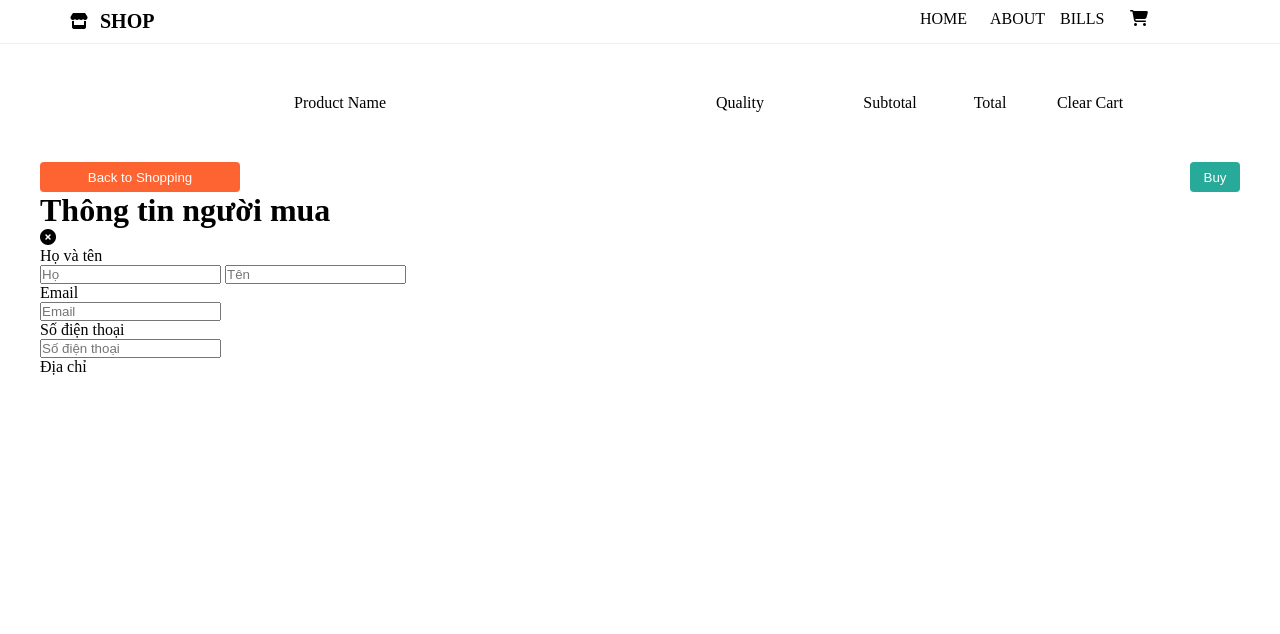
Repository: nguyenhaidang212/danh-sach-ban-hang
Page: index.html
The author's editor kept a copy of each file at every save. The page is drawn from the files as they stood at one save, then again after the next save.
The browser window is 1280 px wide. The pictures show the whole page.
Some web libraries are served in a nearby version.

Above is the page before, as saved 2023-02-10 14:34:59.

### index.html
<!DOCTYPE html>
<html lang="en">
  <head>
    <meta charset="UTF-8" />
    <meta http-equiv="X-UA-Compatible" content="IE=edge" />
    <meta name="viewport" content="width=device-width, initial-scale=1.0" />
    <title>Danh sach ban hang</title>
    <link rel="stylesheet" href="style.css" />
    <script
      src="https://kit.fontawesome.com/2568d54abe.js"
      crossorigin="anonymous"
    ></script>
  </head>
  <body>
    <header>
      <div class="header-title">
        <i class="fas fa-store header-icon-title"></i>
        <h2>SHOP</h2>
      </div>
      <div class="header-menu">
        <div class="header-menu-home">
          <a href="">HOME</a>
        </div>
        <div class="header-menu-about">
          <a href="">ABOUT</a>
        </div>
        <div class="header-menu-bill">
          <a href="">BILLS</a>
        </div>
        <i class="fas fa-shopping-cart buy_display"></i>
      </div>
    </header>

    <!-- Trang giao dien -->
    <main class="main_menu" style="display: none">
      <div class="list"></div>
    </main>
    <!-- Trang danh sach -->
    <main class="main_buy">
      <div class="title">
        <span>Product Name</span><span>Quality</span><span>Subtotal</span
        ><span>Total</span><span>Clear Cart</span>
      </div>
      <div class="buy">
        <button id="back">Back to Shopping</button>
        <button id="buy">Buy</button>
      </div>

      <!-- Trang thanh toan -->
      <div class="buy_form">
        <div class="form_title">
          <h1>Thông tin người mua</h1>
          <i class="fa-solid fa-circle-xmark"></i>
        </div>
        <div class="form_content">
          <div class="form_grid">
            <div id="name">Họ và tên</div>
            <input type="text" placeholder="Họ" />
            <input type="text" placeholder="Tên" />
            <div id="email">Email</div>
            <input type="text" placeholder="Email" />
            <div id="phone">Số điện thoại</div>
            <input type="text" placeholder="Số điện thoại" />
            <div id="address">Địa chỉ</div>
          </div>
        </div>
      </div>
    </main>
    <script src="main.js"></script>
  </body>
</html>
<!-- <div class="list_buy">
  <div class="buy-name">${e.name}</div>
  <div class="buy-quality">
    <i class="fa-solid fa-minus plus-icon"></i>
    ${e.quality}
    <i class="fa-solid fa-plus minus-icon"></i>
  </div>
  <div class="buy-price">${e.gia}</div>
  <div class="buy-sum">${e.id}</div>
  <div><i class="fa-solid fa-circle-xmark buy-del"></i></div>
</div> -->

### style.css
* {
  padding: 0;
  margin: 0;
  box-sizing: border-box;
}
.form {
  display: inline-grid;
  grid-template-columns: 150px 150px 150px 150px;
  column-gap: 20px;
  row-gap: 20px;
  text-align: center;
  margin-bottom: 20px;
}
header {
  display: flex;
  border-bottom: 1px solid #eee;
  width: 100%;
  padding: 10px 100px 10px;
  justify-content: space-between;
}
.header-title {
  display: flex;
}
h2 {
  font-size: 20px;
}
.header-icon-title {
  position: absolute;
  left: 70px;
  top: 13px;
}
.header-menu {
  display: grid;
  grid-template-columns: 50px 50px 50px 50px;
  column-gap: 20px;
}
a {
  text-decoration: none;
  color: black;
}
main {
  width: 1200px;
  margin: 50px auto;
}
.list {
  display: grid;
  margin: 0 225px;
  grid-template-columns: 180px 180px 180px 180px;
  column-gap: 10px;
  row-gap: 20px;
  text-align: center;
}
.item {
  border: 2px solid #eee;
  position: relative;
}
.item-imgs {
  width: 100%;
  height: 180px;
  display: flex;
  justify-content: center;
  align-items: center;
  margin-bottom: 8px;
  overflow: hidden;
}
.item-img {
  text-align: center;
  width: 100%;
}
.item-title {
  font-size: 20px;
  font-weight: 600;
}
.item-info {
  display: flex;
  justify-content: space-between;
  margin: 5px;
  padding: 0 10px;
  font-size: 12px;
}
.item-icon {
  position: absolute;
  border-radius: 50%;
  width: 30px;
  height: 30px;
  line-height: 30px;
  bottom: 36px;
  right: -4px;
}
.item-add {
  color: #fe6332;
  cursor: pointer;
}
.buy_display {
  cursor: pointer;
}
#back {
  background-color: #fe6332;
  color: white;
  border-radius: 4px;
  width: 200px;
  height: 30px;
  border: none;
  cursor: pointer;
}
#buy {
  background-color: #27aa99;
  color: white;
  border-radius: 4px;
  width: 50px;
  height: 30px;
  border: none;
  cursor: pointer;
}
.title {
  display: grid;
  grid-template-columns: 600px 200px 100px 100px 100px;
  text-align: center;
  margin-bottom: 20px;
}
.list_buy {
  display: flex;
  text-align: center;
  margin-bottom: 12px;
  max-height: 400px;
}
.buy-name {
  width: 600px;
}
.buy-quality {
  width: 200px;
}
.buy-price,
.buy-del,
.buy-sum {
  width: 100px;
}
.buy {
  margin: auto;
  display: flex;
  justify-content: space-between;
  margin-top: 50px;
}
.buy-del {
  color: red;
  cursor: pointer;
}
.plus-icon,
.minus-icon {
  margin: 0 24px;
  cursor: pointer;
  border: 1px solid #eee;
  padding: 4px;
  border-radius: 50%;
}
.plus-icon:hover {
  background-color: #fe6332;
}
.minus-icon:hover {
  background-color: #27aa99;
}

### main.js
const listData = [
  {
    id: 1,
    name: "Quần áo nam",
    so_luong: 100,
    gia: 100,
    src: "https://znews-photo.zadn.vn/w660/Uploaded/ycgmvjvj/2018_03_31/1.jpg",
    quality: 1,
  },
  {
    id: 2,
    name: "Điện thoại",
    so_luong: 200,
    gia: 500,
    src: "https://cdn2.cellphones.com.vn/358x358,webp,q100/media/catalog/product/t/_/t_m_12.png",
    quality: 1,
  },
  {
    id: 3,
    name: "Macbook",
    so_luong: 300,
    gia: 1000,
    src: "https://cdn.tgdd.vn/Products/Images/44/231244/macbook-air-m1-2020-gold-600x600.jpg",
    quality: 1,
  },
  {
    id: 4,
    name: "Máy ảnh",
    so_luong: 400,
    gia: 1200,
    src: "https://www.nguyenkim.com/images/detailed/644/10036326-may-anh-canon-eos-3000d-kit-ef-s-18-55mm-den-1.jpg",
    quality: 1,
  },
  {
    id: 5,
    name: "Đồng hồ",
    so_luong: 500,
    gia: 1400,
    src: "https://cdn1.viettelstore.vn/images/Product/ProductImage/medium/Apple_Watch_SE-Cell-44mm-star1.jpg",
    quality: 1,
  },
  {
    id: 6,
    name: "Giày nam",
    so_luong: 600,
    gia: 1500,
    src: "https://cdn.elly.vn/uploads/2019/08/13121739/giay-nam-cao-cap-da-that-ELLY-EGTM2-5.jpg",
    quality: 1,
  },
  {
    id: 7,
    name: "Tủ lạnh",
    so_luong: 700,
    gia: 1600,
    src: "https://cdn.tgdd.vn/Products/Images/1943/284851/tu-lanh-aqua-inverter-456-lit-aqr-m525xa-fb-600x600.jpg",
    quality: 1,
  },
  {
    id: 8,
    name: "Điều hòa",
    so_luong: 800,
    gia: 1700,
    src: "https://hangdienmaygiare.com/images/products/2020/02/22/large/dieu-hoa-1-chieu-panasonic-n9wkh-8m_1582358300.jpg",
    quality: 1,
  },
  {
    id: 9,
    name: "Máy giặt",
    so_luong: 1000,
    gia: 2000,
    src: "https://hangdienmaygiare.com/images/products/2019/09/03/large/may-giat-electrolux-ewf1042bdwa-10-kg-inverter.jpg",
    quality: 1,
  },
  {
    id: 10,
    name: "Váy đầm nữ",
    so_luong: 2000,
    gia: 300,
    src: "https://luzy.vn/wp-content/uploads/2020/05/LZD10951-18.jpg",
    quality: 1,
  },
  {
    id: 11,
    name: "Mắt kính",
    so_luong: 2100,
    gia: 400,
    src: "https://vn-test-11.slatic.net/p/5e0af4609b84659f759982ac0146f184.jpg_800x800q100.jpg_600x600Q100.jpg",
    quality: 1,
  },
  {
    id: 12,
    name: "Thắt lưng da",
    so_luong: 200,
    gia: 200,
    src: "https://hoianleather.com/wp-content/uploads/2021/04/That-lung-da-bo-that-danh-cho-nam-2.jpg",
    quality: 1,
  },
];
const keyLocalStorageListSP = "DANHSACHSP";
const keyLocalStorageItemCart = "DANHSACHITEMCART";
const listItem = document.querySelector(".list");
const $ = document.body;

localStorage.setItem(keyLocalStorageListSP, JSON.stringify(listData));
const item = JSON.parse(localStorage.getItem(keyLocalStorageListSP));
item.forEach((value) => {
  const template = `<div class="item">
  <div class="item-imgs">
    <img src="${value.src}" alt="" class="item-img"/>
  </div>
  <div class="item-icon"><i class="fa-solid fa-cart-plus item-add"></i></div>
  <div class="item-title">${value.name}</div>
  <div class="item-info">
    <div class="item-price">Giá: ${value.gia}</div>
    <div class="item-quality">Số lượng: ${value.so_luong}</div>
  </div>
</div>`;
  listItem.insertAdjacentHTML("beforeend", template);
});
const itemAdd = document.querySelectorAll(".item-add");
const arrayItemAdd = [];
const mainMenu = document.querySelector(".main_menu");
const mainBuy = document.querySelector(".main_buy");
const buyDiplay = document.querySelector(".buy");
const delItem = document.querySelector(".buy-del");
$.addEventListener("click", (e) => {
  //-----Chuyen trang-----
  if (e.target.matches(".buy_display")) {
    const listItem = JSON.parse(localStorage.getItem(keyLocalStorageItemCart));
    mainMenu.style.display = "none";
    mainBuy.style.display = "block";
    displayItem(listItem);
  }
  if (e.target.matches("#back")) {
    mainMenu.style.display = "block";
    mainBuy.style.display = "none";
    const back = document.querySelector("#back");
    document.querySelectorAll(".list_buy").forEach((e) => {
      e.remove();
    });
  }
  if (e.target.matches("#buy")) {
    // $.style.display = "none";
  }
  //-----Add Item-----
  if (e.target.matches(".item-add")) {
    addItem(e.target);
  }
  //-----Del Item-----
  if (e.target.matches(".buy-del")) {
    const itemDelName =
      e.target.parentNode.previousElementSibling.previousElementSibling
        .previousElementSibling.previousElementSibling;
    delItemBuy(itemDelName);
  }
  //-----Increase/Decrease Item----
  if (e.target.matches(".plus-icon")) {
    const listItem = JSON.parse(localStorage.getItem(keyLocalStorageItemCart));
    listItem.forEach((value) => {
      if (
        value.name == e.target.parentNode.previousElementSibling.textContent
      ) {
        value.soluong++;
      }
    });
    localStorage.setItem(keyLocalStorageItemCart, JSON.stringify(listItem));
    console.log(listItem);
    const listBuy = document.querySelectorAll(".list_buy");
    listBuy.forEach((e) => {
      e.remove();
    });
    displayItem(listItem);
  }
  if (e.target.matches(".minus-icon")) {
    const listItem = JSON.parse(localStorage.getItem(keyLocalStorageItemCart));
    listItem.forEach((value, i) => {
      if (
        value.name == e.target.parentNode.previousElementSibling.textContent
      ) {
        value.soluong--;
        if (value.soluong == 0) {
          listItem.splice(i, 1);
        }
      }
    });
    console.log(listItem);
    localStorage.setItem(keyLocalStorageItemCart, JSON.stringify(listItem));
    const listBuy = document.querySelectorAll(".list_buy");
    listBuy.forEach((e) => {
      e.remove();
    });
    displayItem(listItem);
  }
});

// // -----Them san pham-----
function addItem(value) {
  item.forEach((e) => {
    if (e.name == value.parentNode.nextElementSibling.textContent) {
      const object = {
        id: e.id,
        soluong: e.quality,
        name: e.name,
        price: e.gia,
      };
      arrayItemAdd.forEach((e, i) => {
        if (object.id == e.id) {
          object.soluong = e.soluong + 1;
          arrayItemAdd.splice(i, 1);
        }
      });
      arrayItemAdd.push(object);
    }
  });
  localStorage.setItem(keyLocalStorageItemCart, JSON.stringify(arrayItemAdd));
}

// //-----Hien thi san pham da mua-----
function displayItem(arr) {
  arr.forEach((e) => {
    item.forEach((value) => {
      if (value.id == e.id) {
        const price = Number(e.price) * Number(e.soluong);
        buyDiplay.insertAdjacentHTML(
          "beforebegin",
          `<div class="list_buy">
        <div class="buy-name">${value.name}</div>
        <div class="buy-quality">
        <i class="fa-solid fa-minus minus-icon"></i>
        ${e.soluong}
        <i class="fa-solid fa-plus plus-icon"></i>
        </div>
        <div class="buy-price">${value.gia}</div>
        <div class="buy-sum">${price}</div>
        <div><i class="fa-solid fa-circle-xmark buy-del"></i></div>
      </div>`
        );
      }
    });
  });
}

// //-----Xoa san pham-----
function delItemBuy(name) {
  name.parentNode.remove();
  arrayItemAdd.forEach((e, i) => {
    if (e.name == name.textContent) {
      arrayItemAdd.splice(i, 1);
    }
  });
  localStorage.setItem(keyLocalStorageItemCart, JSON.stringify(arrayItemAdd));
}
// localStorage.clear();

After the next save:
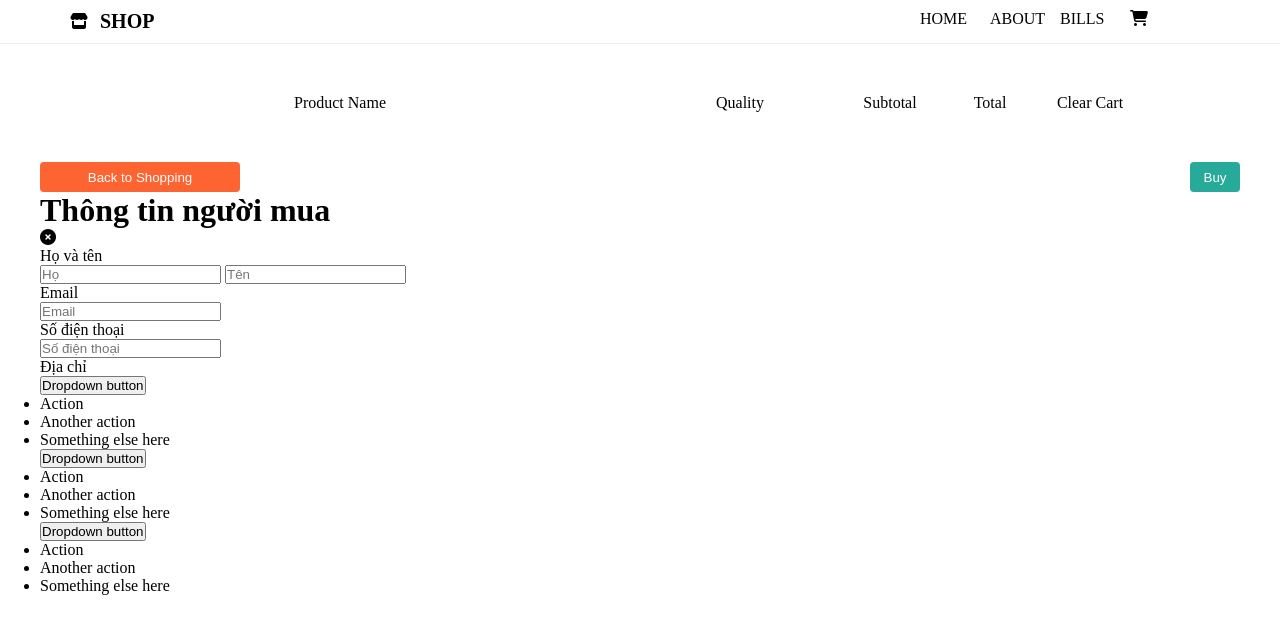
Saved 112 s later.
--- a/index.html
+++ b/index.html
@@ -62,6 +62,57 @@
             <div id="phone">Số điện thoại</div>
             <input type="text" placeholder="Số điện thoại" />
             <div id="address">Địa chỉ</div>
+            <div class="dropdown">
+              <button
+                class="btn btn-secondary dropdown-toggle"
+                type="button"
+                data-bs-toggle="dropdown"
+                aria-expanded="false"
+              >
+                Dropdown button
+              </button>
+              <ul class="dropdown-menu">
+                <li><a class="dropdown-item" href="#">Action</a></li>
+                <li><a class="dropdown-item" href="#">Another action</a></li>
+                <li>
+                  <a class="dropdown-item" href="#">Something else here</a>
+                </li>
+              </ul>
+            </div>
+            <div class="dropdown">
+              <button
+                class="btn btn-secondary dropdown-toggle"
+                type="button"
+                data-bs-toggle="dropdown"
+                aria-expanded="false"
+              >
+                Dropdown button
+              </button>
+              <ul class="dropdown-menu">
+                <li><a class="dropdown-item" href="#">Action</a></li>
+                <li><a class="dropdown-item" href="#">Another action</a></li>
+                <li>
+                  <a class="dropdown-item" href="#">Something else here</a>
+                </li>
+              </ul>
+            </div>
+            <div class="dropdown">
+              <button
+                class="btn btn-secondary dropdown-toggle"
+                type="button"
+                data-bs-toggle="dropdown"
+                aria-expanded="false"
+              >
+                Dropdown button
+              </button>
+              <ul class="dropdown-menu">
+                <li><a class="dropdown-item" href="#">Action</a></li>
+                <li><a class="dropdown-item" href="#">Another action</a></li>
+                <li>
+                  <a class="dropdown-item" href="#">Something else here</a>
+                </li>
+              </ul>
+            </div>
           </div>
         </div>
       </div>
